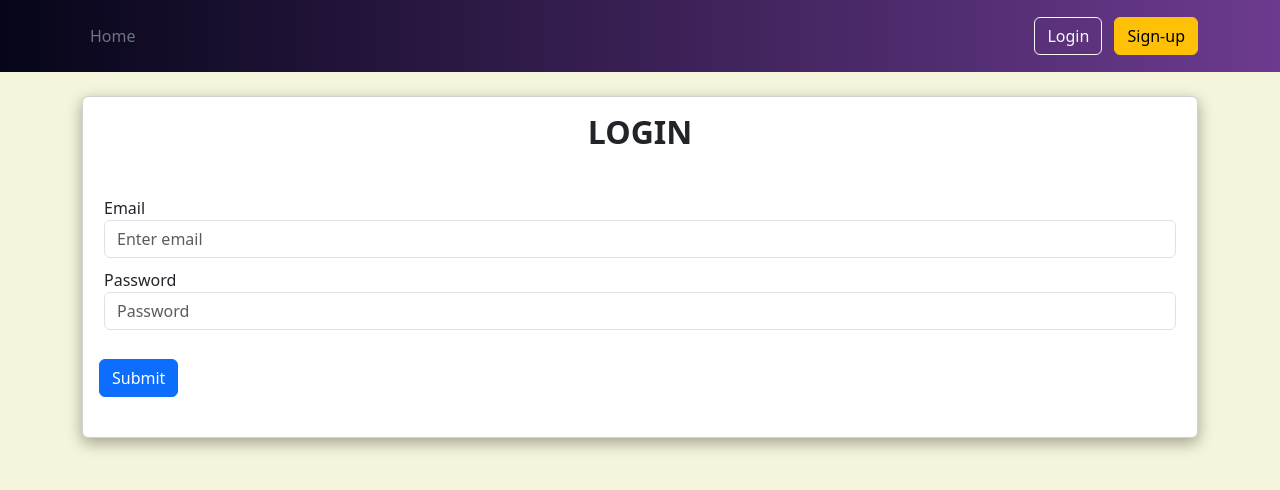
Repository: professorsourabh/php_membership
Page: login.html
An editor plug-in stored every save of this project. The page is shown before and after the next save, followed by the edit.
The browser window is 1280 px wide. The pictures show the whole page.

Above is the page before, as saved 2023-07-08 18:34:50.

After the next save:
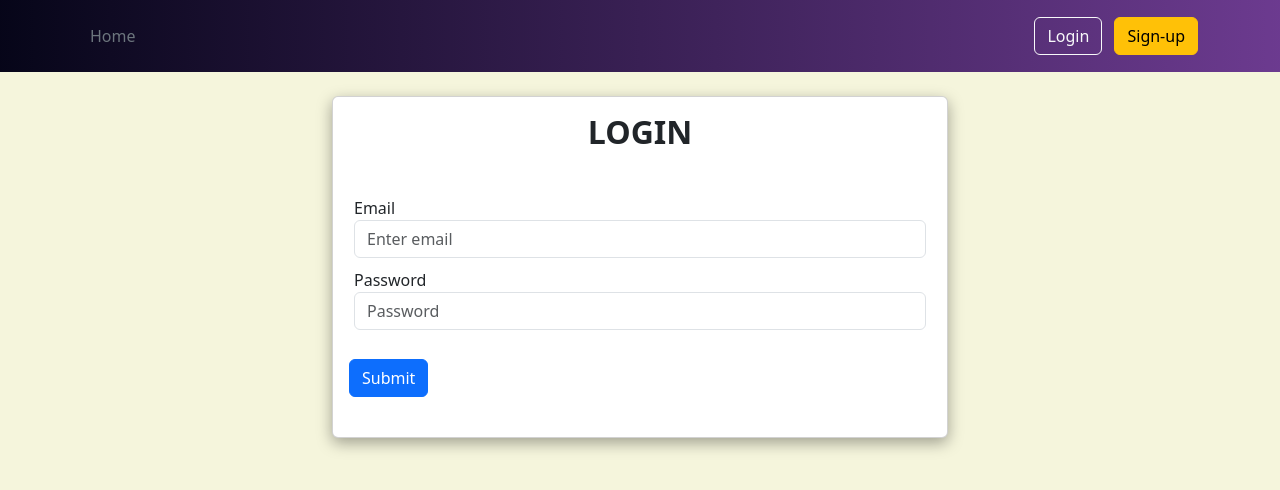
Saved 29 s later.
--- a/login.html
+++ b/login.html
@@ -27,7 +27,7 @@
           </div>
         </div>
       </header>
-      <div class="container my-4">
+      <div class="container my-4 col-lg-6">
         <div class="card my-4" style="box-shadow: rgba(0, 0, 0, 0.35) 0px 5px 15px;">
             <div class="card-heading text-center my-3 mx-2">
                 <h2 class="text-uppercase fw-bold">Login</h2>
